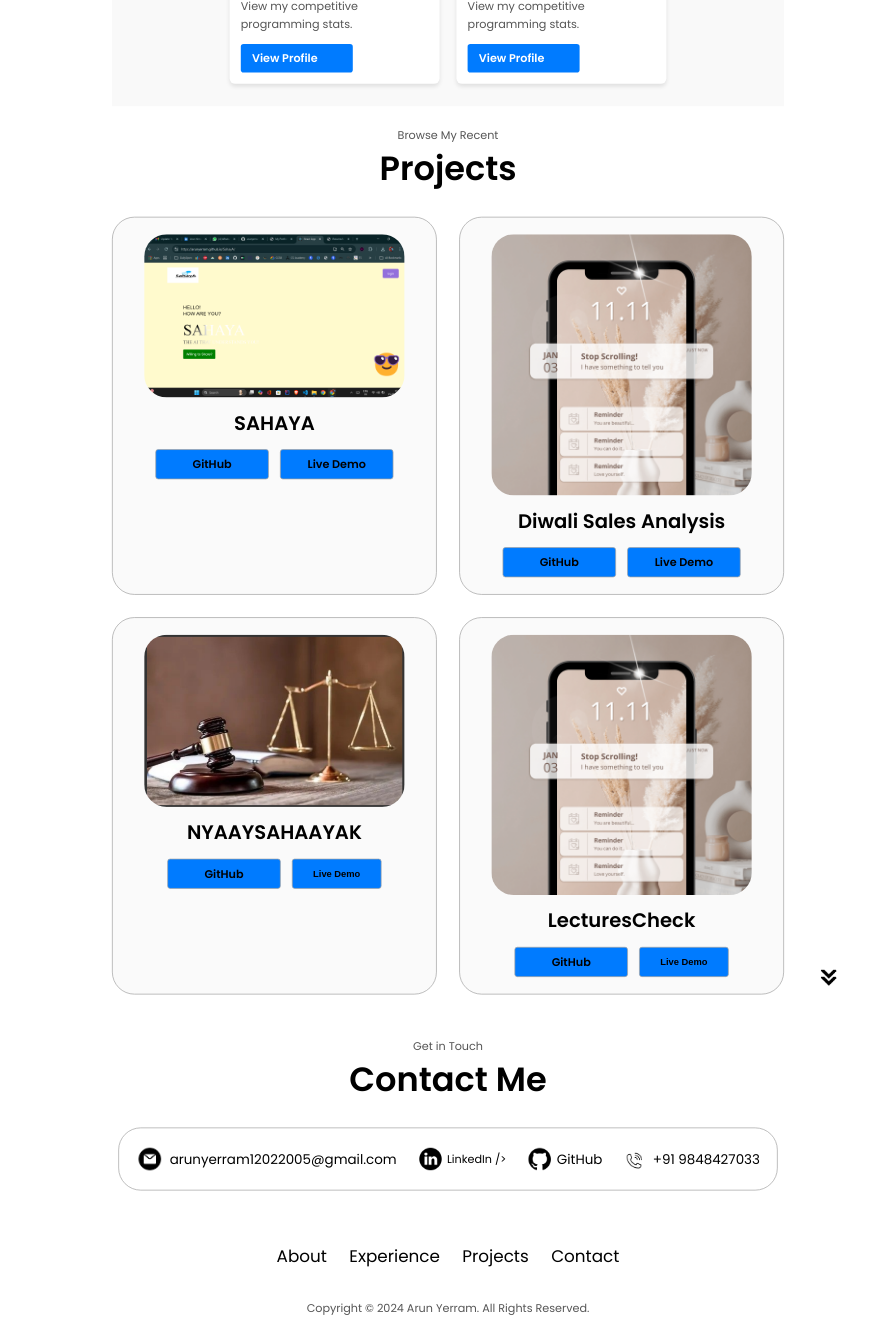
Repository: arunyerram/PortFolio
Page: index.html
These files come from the project's save history. The page is drawn as it stood at one moment and after a run of saves; the edit follows.
The browser window is 1280 px wide. The pictures show the part of the page from y = 2874 to 4794 px (the page is 4794 px tall), at 70% of full size.

Above is the page before, as saved 2025-03-15 18:33:10.

### index.html
<!DOCTYPE html>
<html lang="en">
<head>
  <meta charset="UTF-8" />
  <meta http-equiv="X-UA-Compatible" content="IE=edge" />
  <meta name="viewport" content="width=device-width, initial-scale=1.0" />
  <title>My Portfolio</title>
  <link rel="stylesheet" href="style.css" />
  <link rel="stylesheet" href="mediaqueries.css" />
</head>
<body>
  <nav id="desktop-nav">
    <div class="logo">ARUN YERRAM</div>
    <div>
      <ul class="nav-links">
        <li><a href="#about">About</a></li>
        <li><a href="#experience">Experience</a></li>
        <li><a href="#projects">Projects</a></li>
        <li><a href="#contact">Contact</a></li>
      </ul>
    </div>
  </nav>
  <nav id="hamburger-nav">
    <div class="logo">ARUN YERRAM</div>
    <div class="hamburger-menu">
      <div class="hamburger-icon" onclick="toggleMenu()">
        <span></span>
        <span></span>
        <span></span>
      </div>
      <div class="menu-links">
        <li><a href="#about" onclick="toggleMenu()">About</a></li>
        <li><a href="#experience" onclick="toggleMenu()">Experience</a></li>
        <li><a href="#projects" onclick="toggleMenu()">Projects</a></li>
        <li><a href="#contact" onclick="toggleMenu()">Contact</a></li>
      </div>
    </div>
  </nav>
  <section id="profile">
    <div class="section__pic-container">
      <img src="./assets/Photo1.jpg" alt="John Doe profile picture" width="400px" height="250px" />
    </div>
    <div class="section__text">
      <p class="section__text__p1">Hello, I'm</p>
      <h1 class="title">ARUN YERRAM</h1>
      <p class="section__text__p2">FullStack Developer</p>
      <div class="btn-container">
        <button class="btn btn-color-2" onclick="window.open('./assets/My_Resume.pdf')">Download CV</button>
        <button class="btn btn-color-1" onclick="location.href='./#contact'">Contact Info</button>
      </div>

      <!-- <div id="coding-profiles">
        <p>My Coding Profiles</p>
        <div class="coding-icons">
          <img src="./assets/leetcode.png" alt="My LeetCode profile" class="icon" onclick="window.open('https://leetcode.com/u/arun_2005/', '_blank')" width="80px"/>
          <img src="./assets/GFG.jpeg" alt="My GFG profile" class="icon" width="80px" onclick="window.open('https://www.geeksforgeeks.org/user/arunyerram/?utm_source=geeksforgeeks&utm_medium=my_profile&utm_campaign=auth_user', '_blank')" />
          <img src="./assets/CodeChef.jpeg" alt="My CodeChef profile" class="icon" onclick="window.open('https://www.codechef.com/users/yarun2k05', '_blank')" width="80px"/>
          <img src="./assets/Codeforces.png" alt="My CodeForces profile" class="icon" width="80px" onclick="window.open('https://codeforces.com/profile/Arunyerram_12', '_blank')" />
          <img src="./assets/IB.png" alt="My InterviewBit profile" class="icon" width="80px" onclick="window.open('https://www.interviewbit.com/profile/yerram-arun/', '_blank')" />
        </div> -->
    </div>
  </section>
  <section id="about">
    <p class="section__text__p1">Get To Know More</p>
    <h1 class="title">About Me</h1>
    <div class="section-container">
      <div class="section__pic-container">
        <img src="./assets/Photo1.jpg" alt="Profile picture" class="about-pic" width="300px"/>
      </div>
      <div class="about-details-container">
        <div class="about-containers">
          <div class="details-container">
            <img src="./assets/experience.png" alt="Experience icon" class="icon" />
            <h3>Experience and Learning</h3>
            <p>0-2 years <br />Full Stack Development</p>
          </div>
          <div class="details-container">
            <img src="./assets/education.png" alt="Education icon" class="icon" />
            <h3>Education</h3>
            <p>Pursuing B.Tech (Bachelors Degree) Majoring in Data Science From Keshav Memorial Institute of Technology <br /></p>
          </div>
        </div>
        <div class="text-container">
          <p>I have a keen interest in <b>Full Stack Development , </b> <b>Problem Solving</b> and am eager to learn <b> Data Science </b> and explore various tech fields.</p>
        </div>
      </div>
    </div>
    <img src="./assets/arrow.png" alt="Arrow icon" class="icon arrow" onclick="location.href='./#experience'" />
  </section>
  <section id="experience">
    <p class="section__text__p1">Explore My</p>
    <h1 class="title">Experience</h1>
    <div class="experience-details-container">
      <div class="about-containers">
        <div class="details-container">
          <h2 class="experience-sub-title">Full Stack Development</h2>
          <div class="article-container">
            <article>
              <img src="./assets/checkmark.png" alt="Experience icon" class="icon" />
              <div>
                <h3>HTML</h3>
                <p>Experienced</p>
              </div>
            </article>

            <article>
              <img src="./assets/checkmark.png" alt="Experience icon" class="icon" />
              <div>
                <h3>CSS</h3>
                <p>Experienced</p>
              </div>
            </article>

            <article>
              <img src="./assets/checkmark.png" alt="Experience icon" class="icon" />
              <div>
                <h3>JS</h3>
                <p>Intermediate</p>
              </div>
            </article>

            <article>
              <img src="./assets/checkmark.png" alt="Experience icon" class="icon" />
              <div>
                <h3>React</h3>
                <p>Intermediate</p>
              </div>
            </article>

            <article>
              <img src="./assets/checkmark.png" alt="Experience icon" class="icon" />
              <div>
                <h3>MongoDB</h3>
                <p>Intermediate</p>
              </div>
            </article>

            <article>
              <img src="./assets/checkmark.png" alt="Experience icon" class="icon" />
              <div>
                <h3>Node JS</h3>
                <p>Intermediate</p>
              </div>
            </article>

            <article>
              <img src="./assets/checkmark.png" alt="Experience icon" class="icon" />
              <div>
                <h3>Express JS</h3>
                <p>Intermediate</p>
              </div>
            </article>

            <article>
              <img src="./assets/checkmark.png" alt="Experience icon" class="icon" />
              <div>
                <h3>Git & GitHub</h3>
                <p>Intermediate</p>
              </div>
            </article>

          </div>
        </div>
        <div class="details-container">
          <h2 class="experience-sub-title">DSA and Languages</h2>
          <div class="article-container">
            <article>
              <img src="./assets/checkmark.png" alt="Experience icon" class="icon" />
              <div>
                <h3>CPP</h3>
                <p>Intermediate</p>
              </div>
            </article>
            <article>
              <img src="./assets/checkmark.png" alt="Experience icon" class="icon" />
              <div>
                <h3>Python</h3>
                <p>Intermediate</p>
              </div>
            </article>

            <article>
              <img src="./assets/checkmark.png" alt="Experience icon" class="icon" />
              <div>
                <h3>JavaScript</h3>
                <p>Intermediate</p>
              </div>
            </article>

            <article>
              <img src="./assets/checkmark.png" alt="Experience icon" class="icon" />
              <div>
                <h3>Java</h3>
                <p>Intermediate</p>
              </div>
            </article>

            <article>
              <img src="./assets/checkmark.png" alt="Experience icon" class="icon" />
              <div>
                <h3>C</h3>
                <p>Intermediate</p>
              </div>
            </article>
          </div>
        </div>
      </div>
    </div>
    <img src="./assets/arrow.png" alt="Arrow icon" class="icon arrow" onclick="location.href='./#projects'" />
  </section>



  <section class="coding-profiles">
    <h2 class="section-title">My Coding Profiles</h2>
    <div class="card-container">
      <!-- LeetCode Card -->
      <div class="card">
        <img src="./assets/leetcode.jpg" alt="LeetCode" class="card-img">
        <div class="card-body">
          <h3 class="card-title">LeetCode</h3>
          <p class="card-text">Explore my coding journey on LeetCode.</p>
          <a href="https://leetcode.com/arun_2005" target="_blank" class="btn">View Profile</a>
        </div>
      </div>

      <!-- GeeksforGeeks Card -->
      <div class="card">
        <img src="./assets/geeksforgeeks.jpg" alt="GeeksforGeeks" class="card-img">
        <div class="card-body">
          <h3 class="card-title">GeeksforGeeks</h3>
          <p class="card-text">Check out my problem-solving on GFG.</p>
          <a href="https://www.geeksforgeeks.org/user/arunyerram/" target="_blank" class="btn">View Profile</a>
        </div>
      </div>

      <!-- Add More Cards -->
      <div class="card">
        <img src="./assets/codechef.jpg" alt="Codeforces" class="card-img">
        <div class="card-body">
          <h3 class="card-title">Codechef</h3>
          <p class="card-text">View my competitive programming stats.</p>
          <a href="https://www.codechef.com/users/yarun2k05" target="_blank" class="btn">View Profile</a>
        </div>
      </div>

      <div class="card">
        <img src="./assets/codeforces.jpg" alt="Codeforces" class="card-img">
        <div class="card-body">
          <h3 class="card-title">Codeforces</h3>
          <p class="card-text">View my competitive programming stats.</p>
          <a href="https://codeforces.com/profile/Arunyerram_12" target="_blank" class="btn">View Profile</a>
        </div>
      </div>

    </div>
  </section>




  <section id="projects">
    <p class="section__text__p1">Browse My Recent</p>
    <h1 class="title">Projects</h1>

    <div class="experience-details-container">

      <div class="about-containers">



        <div class="details-container color-container">
          <div class="article-container">
            <img src="./assets/SahayA_Image.png" alt="Project 2" class="project-img" />
          </div>
          <h2 class="experience-sub-title project-title">SAHAYA</h2>
          <!-- <div class="btn-container">
            <button class="btn btn-color-2 project-btn" onclick="location.href='https://github.com/ARUN-YERRAM/LecturesCheck'">GitHub</button>
            <button class="btn btn-color-2 project-btn" onclick="location.href=''">Live Demo</button>
          </div> -->
          <div class="btn-container">
            <a href="https://github.com/arunyerram/SahayA" class="btn btn-color-2 project-btn" target="_blank">GitHub</a>
            <a href="" class="btn btn-color-2 project-btn" target="_blank">Live Demo</a>
          </div>

        </div>

        <div class="details-container color-container">
          <div class="article-container">
            <img src="./assets/project-2.png" alt="Project 2" class="project-img" />
          </div>
          <h2 class="experience-sub-title project-title">Diwali Sales Analysis</h2>
          <!-- <div class="btn-container">
            <button class="btn btn-color-2 project-btn" onclick="location.href='https://github.com/ARUN-YERRAM/LecturesCheck'">GitHub</button>
            <button class="btn btn-color-2 project-btn" onclick="location.href=''">Live Demo</button>
          </div> -->
          <div class="btn-container">
            <a href="https://github.com/arunyerram/Data-Analysis-Project" class="btn btn-color-2 project-btn" target="_blank">GitHub</a>
            <a href="" class="btn btn-color-2 project-btn" target="_blank">Live Demo</a>
          </div>

        </div>

        <div class="details-container color-container">
          <div class="article-container">
            <img src="./assets/P1.png" alt="Project 1" class="project-img" />
          </div>
          <h2 class="experience-sub-title project-title">NYAAYSAHAAYAK</h2>
          <div class="btn-container">
            <a href="https://github.com/arunyerram/NYAAYSAHAAYAK" class="btn btn-color-2 project-btn" target="_blank">GitHub</a>
            <!-- <button class="btn btn-color-2 project-btn" onclick="location.href=''">GitHub</button> -->
            <button class="btn btn-color-2 project-btn" onclick="location.href=''">Live Demo</button>
          </div>
        </div>

        <div class="details-container color-container">
          <div class="article-container">
            <img src="./assets/project-2.png" alt="Project 2" class="project-img" />
          </div>
          <h2 class="experience-sub-title project-title">LecturesCheck</h2>
          <div class="btn-container">
            <a href="https://github.com/arunyerram/LECTURESCHECKFRONTEND" class="btn btn-color-2 project-btn" target="_blank">GitHub</a>
            <!-- <button class="btn btn-color-2 project-btn" onclick="location.href='https://github.com/ARUN-YERRAM/LecturesCheck'">GitHub</button> -->
            <button class="btn btn-color-2 project-btn" onclick="location.href=''">Live Demo</button>
          </div>
        </div>

      </div>

    </div>
    <img src="./assets/arrow.png" alt="Arrow icon" class="icon arrow" onclick="location.href='./#contact'" />
  </section>


  <section id="contact">
    <p class="section__text__p1">Get in Touch</p>
    <h1 class="title">Contact Me</h1>
    <div class="contact-info-upper-container">
      <div class="contact-info-container">
        <img src="./assets/email.png" alt="Email icon" class="icon contact-icon email-icon" />
        <p><a href="mailto:arunyerram12022005@gmail.com">arunyerram12022005@gmail.com</a></p>
      </div>
      <div class="contact-info-container">
        <img src="./assets/linkedin.png" alt="LinkedIn icon" class="icon contact-icon" <a href="https://www.linkedin.com/in/arun-yerram/" target="_blank"> LinkedIn</a> />
        <!-- <p></p> -->
      </div>
      <div class="contact-info-container">
        <img src="./assets/github.png" alt="LinkedIn icon" class="icon contact-icon" />
        <p><a href="https://www.github.com/ARUN-YERRAM/" target="_blank">GitHub</a></p>
      </div>

      <div class="contact-info-container">
        <img src="./assets/phone.png" alt="Phone icon" class="icon contact-icon" />
        <p><a href="tel:+91 630 199 0000">+91 9848427033</a></p>
    </div>
  </section>
  <footer>
    <nav>
      <div class="nav-links-container">
        <ul class="nav-links">
          <li><a href="#about">About</a></li>
          <li><a href="#experience">Experience</a></li>
          <li><a href="#projects">Projects</a></li>
          <li><a href="#contact">Contact</a></li>
        </ul>
      </div>
    </nav>
    <p>Copyright &#169; 2024 Arun Yerram. All Rights Reserved.</p>
  </footer>
  <script src="script.js"></script>
</body>
</html>

### mediaqueries.css
@media screen and (max-width: 1400px) {
  #profile {
    height: 83vh;
    margin-bottom: 6rem;
  }
  .about-containers {
    flex-wrap: wrap;
  }
  #contact,
  #projects {
    height: fit-content;
  }
}

@media screen and (max-width: 1200px) {
  #desktop-nav {
    display: none;
  }
  #hamburger-nav {
    display: flex;
  }
  #experience,
  .experience-details-container {
    margin-top: 2rem;
  }
  #profile,
  .section-container {
    display: block;
  }
  .arrow {
    display: none;
  }
  section,
  .section-container {
    height: fit-content;
  }
  section {
    margin: 0 5%;
  }
  .section__pic-container {
    width: 275px;
    height: 275px;
    margin: 0 auto 2rem;
  }
  .about-containers {
    margin-top: 0;
  }
}

@media screen and (max-width: 600px) {
  #contact,
  footer {
    height: 40vh;
  }
  #profile {
    height: 83vh;
    margin-bottom: 0;
  }
  article {
    font-size: 1rem;
  }
  footer nav {
    height: fit-content;
    margin-bottom: 2rem;
  }
  .about-containers,
  .contact-info-upper-container,
  .btn-container {
    flex-wrap: wrap;
  }
  .contact-info-container {
    margin: 0;
  }
  .contact-info-container p,
  .nav-links li a {
    font-size: 1rem;
  }
  .experience-sub-title {
    font-size: 1.25rem;
  }
  .logo {
    font-size: 1.5rem;
  }
  .nav-links {
    flex-direction: column;
    gap: 0.5rem;
    text-align: center;
  }
  .section__pic-container {
    width: auto;
    height: 46vw;
    justify-content: center;
  }
  .section__text__p2 {
    font-size: 1.25rem;
  }
  .title {
    font-size: 2rem;
  }
  .text-container {
    text-align: justify;
  }
}

Loaded but not shown: script.js (common file); style.css (523 lines, source omitted)

After the next 2 saves:
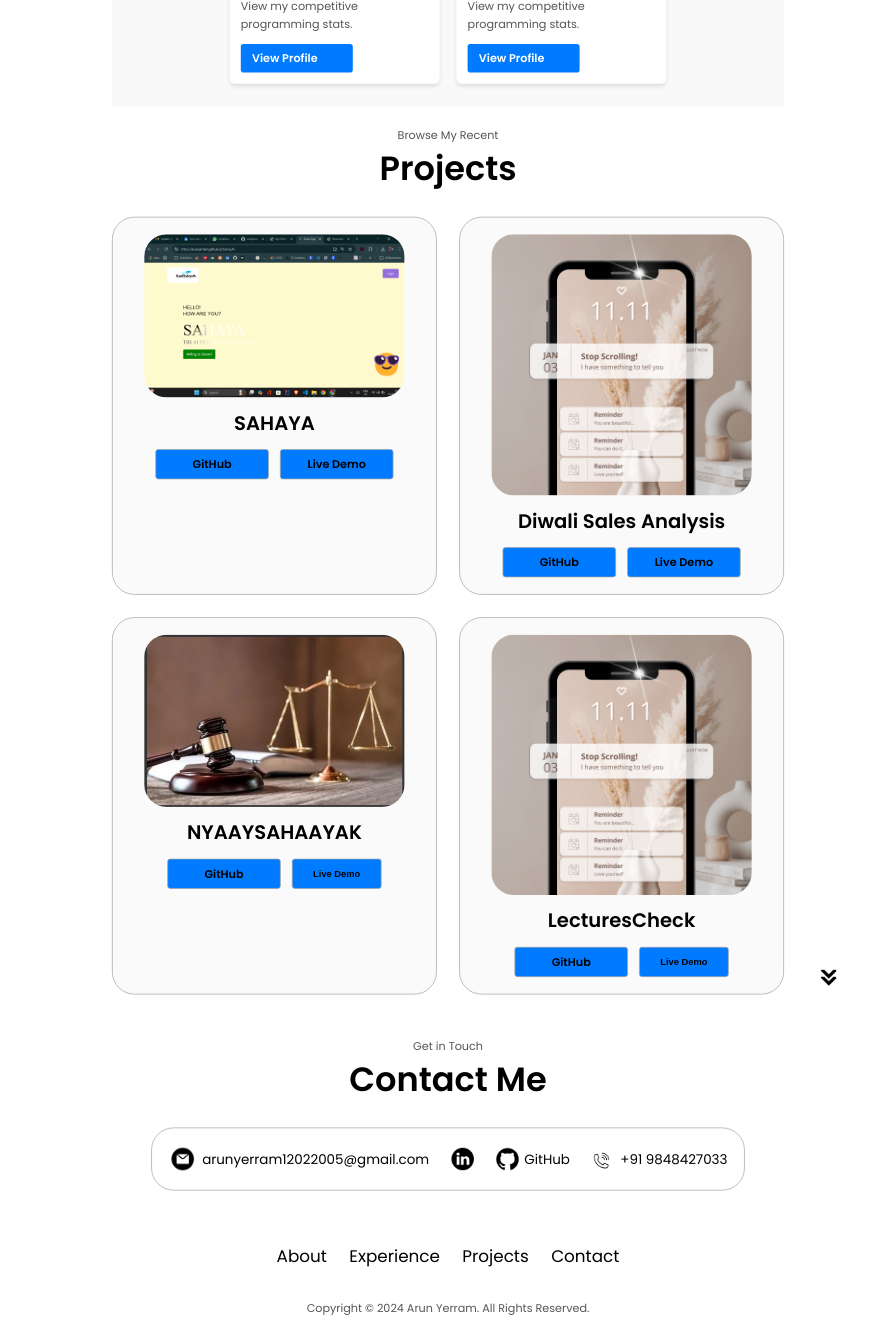
The 2 saves are shown as one change because they came seconds apart.
The last was saved 13 s later.
--- a/index.html
+++ b/index.html
@@ -341,7 +341,7 @@
         <p><a href="mailto:arunyerram12022005@gmail.com">arunyerram12022005@gmail.com</a></p>
       </div>
       <div class="contact-info-container">
-        <img src="./assets/linkedin.png" alt="LinkedIn icon" class="icon contact-icon" <a href="https://www.linkedin.com/in/arun-yerram/" target="_blank"> LinkedIn</a> />
+        <img src="./assets/linkedin.png" alt="LinkedIn icon" class="icon contact-icon" />
         <!-- <p></p> -->
       </div>
       <div class="contact-info-container">
